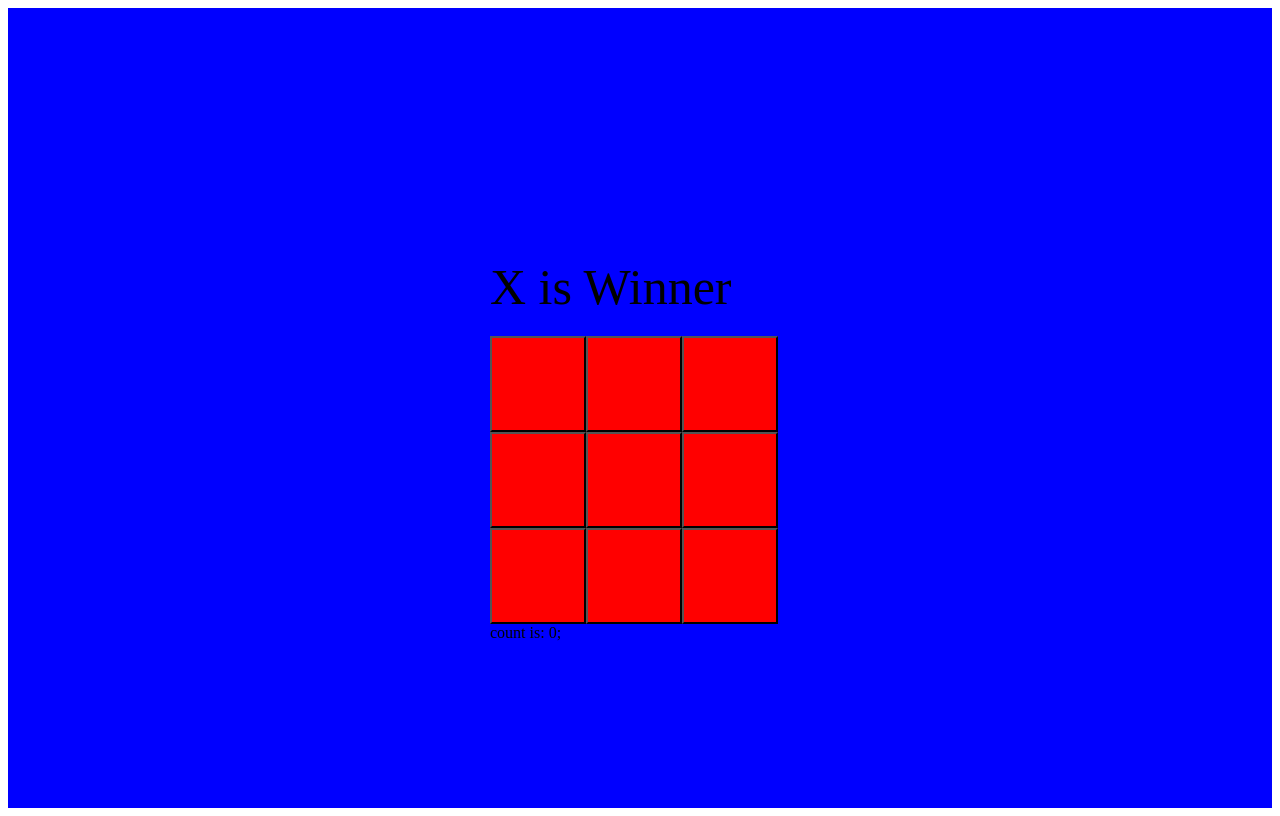
Repository: Mush-s/Folio-OX
Page: /game
These files come from the project's save history. The page is drawn as it stood at one moment and after the next save; the edit follows.
The browser window is 1280 px wide. The pictures show the whole page.
The project was rebuilt for these pictures with package versions that can differ from the ones it lists, and the page was loaded fresh each time. Also part of the build but not shown: src/GameOver/GameOver.css, src/GameOver/GameOver.js.

Above is the page before, as saved 2022-09-02 10:52:11.

After the next save:
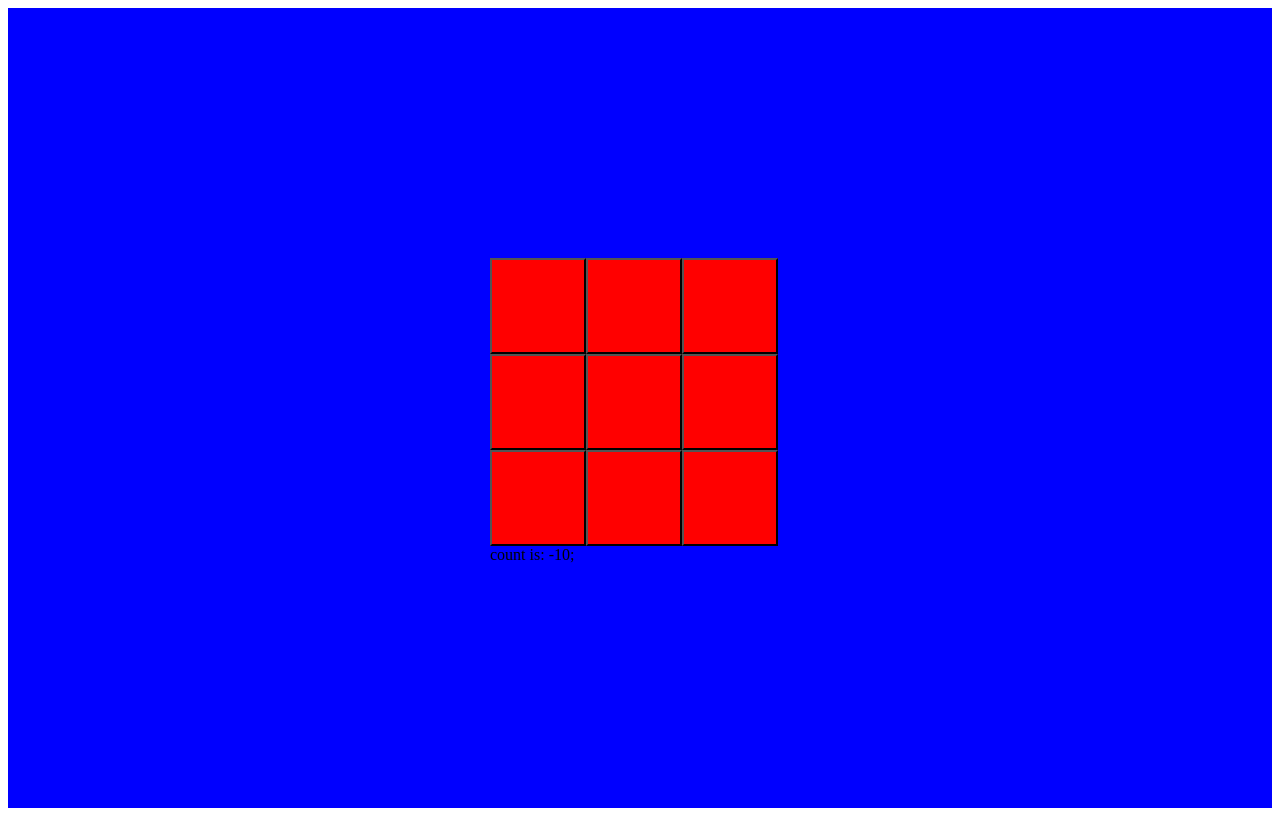
Saved 98 s later.
--- a/src/Game/Game.js
+++ b/src/Game/Game.js
@@ -49,7 +49,7 @@
 
   useEffect(() => {
     updataCount();
-    return () => clearInterval(timer);
+    if (time === 0) return clearInterval(timer);
   });
 
   const isCellEmpty = (index) => cellValues[index] === "";

After the 2 saves that followed:
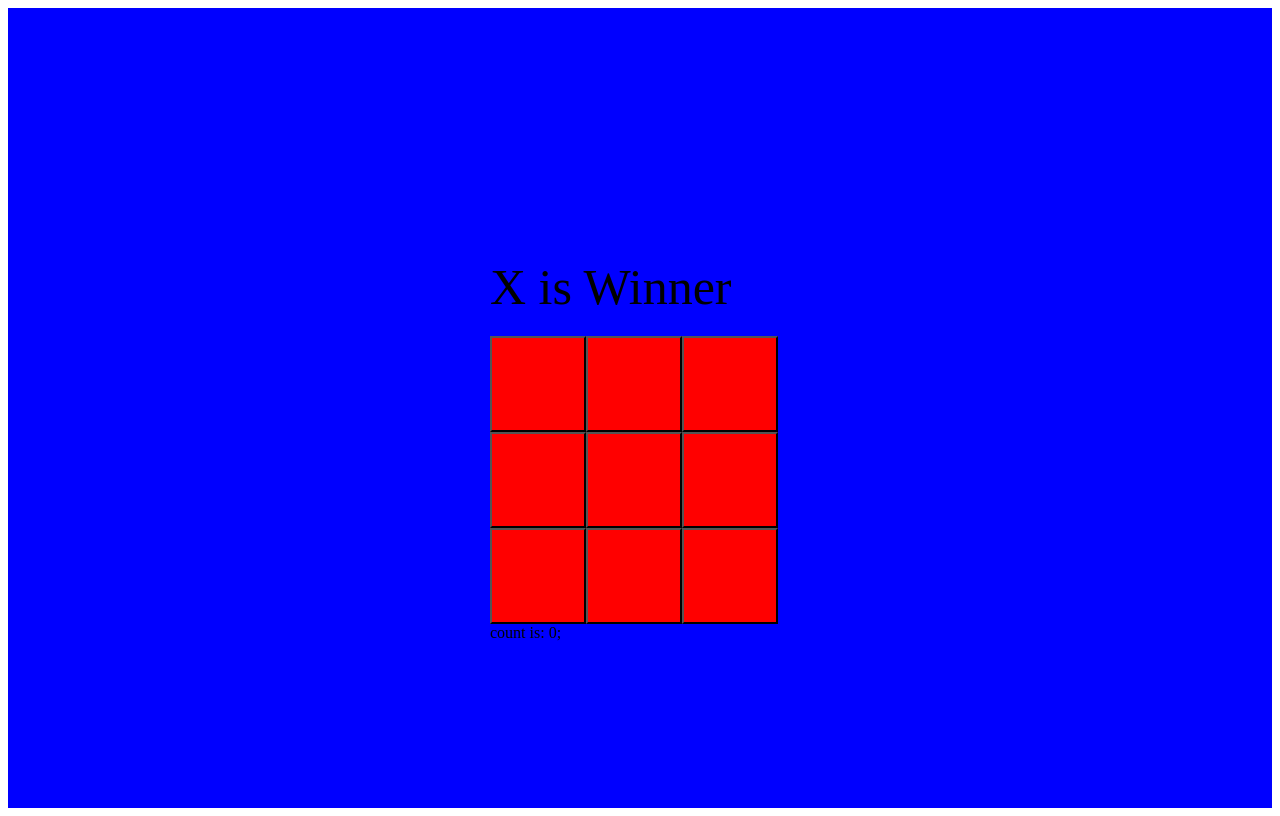
The 2 saves are shown as one change because 1 left the picture as it was.
The last was saved 34 s later.
--- a/src/Game/Game.js
+++ b/src/Game/Game.js
@@ -49,7 +49,7 @@
 
   useEffect(() => {
     updataCount();
-    if (time === 0) return clearInterval(timer);
+    return () => clearInterval(timer);
   });
 
   const isCellEmpty = (index) => cellValues[index] === "";
